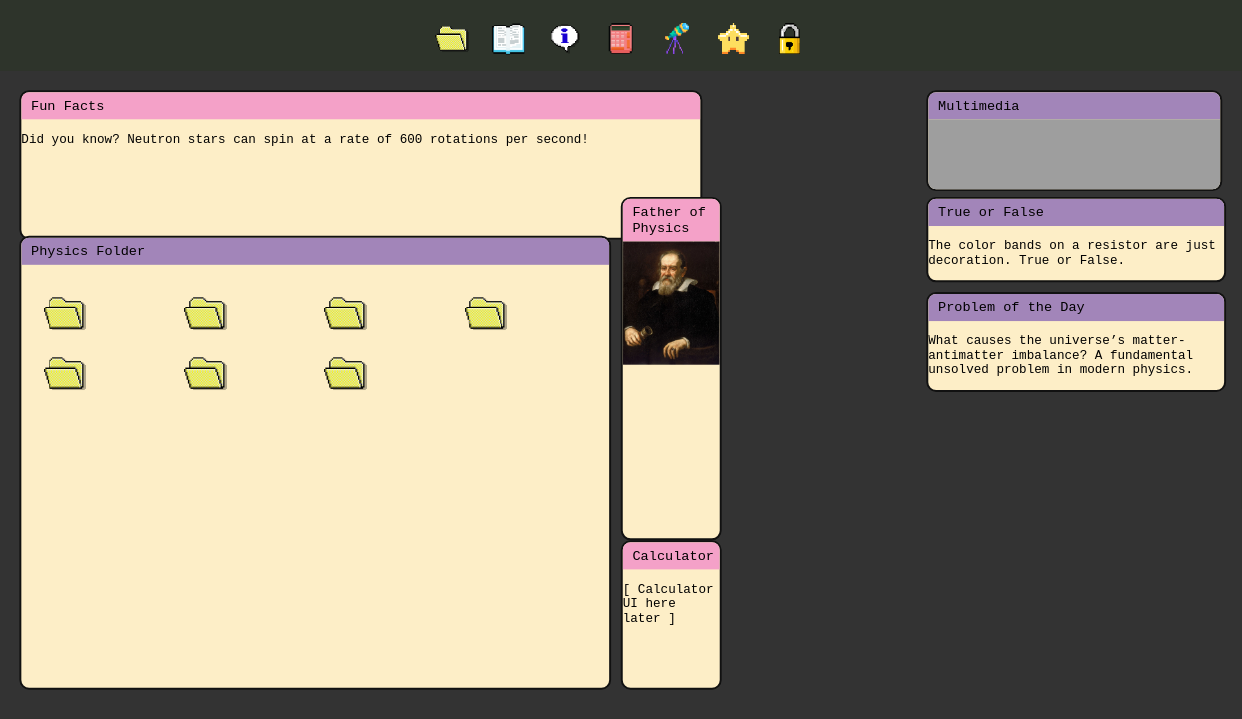
Repository: scarfer14/CCPHYS2L_Project
Page: /dashboard
These files come from the project's save history. The page is drawn as it stood at one moment and after the next save; the edit follows.
The browser window is 1280 px wide. The pictures show the whole page, at 97% of full size.
Pictures or frames that could not be fetched are drawn as grey boxes. The project was rebuilt for these pictures with package versions that can differ from the ones it lists, and the page was loaded fresh each time. Also part of the build but not shown: vite.config.js, src/astartsc/start.jsx, src/lessons/folder1.css, src/lessons/folder1.jsx, src/lessons/book.css, src/lessons/book.jsx, src/lessons/email.css, src/lessons/email.jsx and 2 more.

Above is the page before, as saved 2025-05-29 15:34:24.

After the next save:
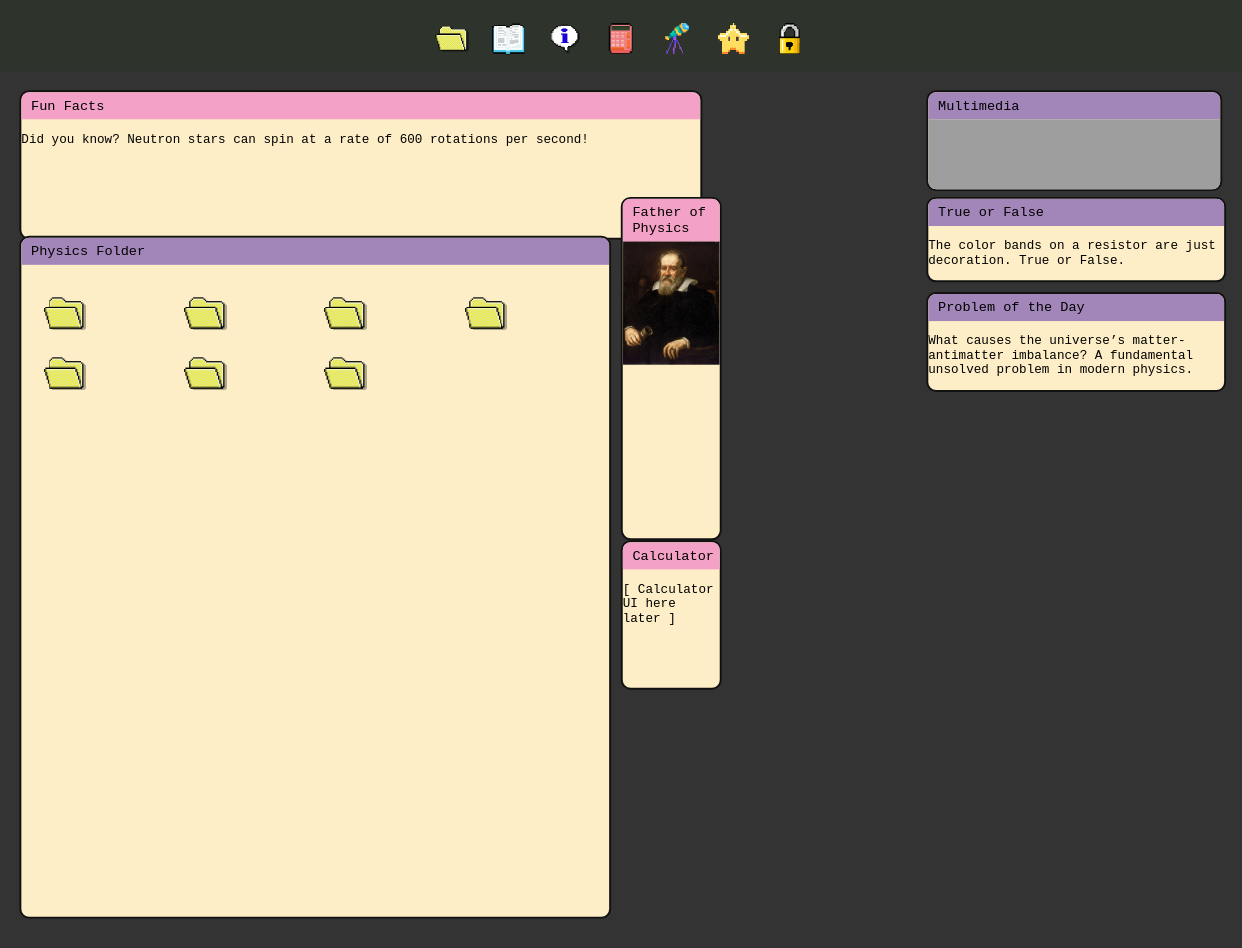
Saved 10 s later.
--- a/src/bdashsc/dashbody.css
+++ b/src/bdashsc/dashbody.css
@@ -42,7 +42,7 @@
 /* Grid Area Assignments */
 .fun-facts      { grid-area: fun-facts; height: 150px; width: 700px;}
 .multimedia     { grid-area: multimedia; height: 100px;}
-.physics-folder { grid-area: physics-folder; margin-top: 40px; 700px; min-width: 500px; }
+.physics-folder { grid-area: physics-folder; margin-top: 40px; height: 700px; min-width: 500px; }
 .father         { grid-area: father; height: 350px; width: 100px}
 
 /* Right Column Stack */
